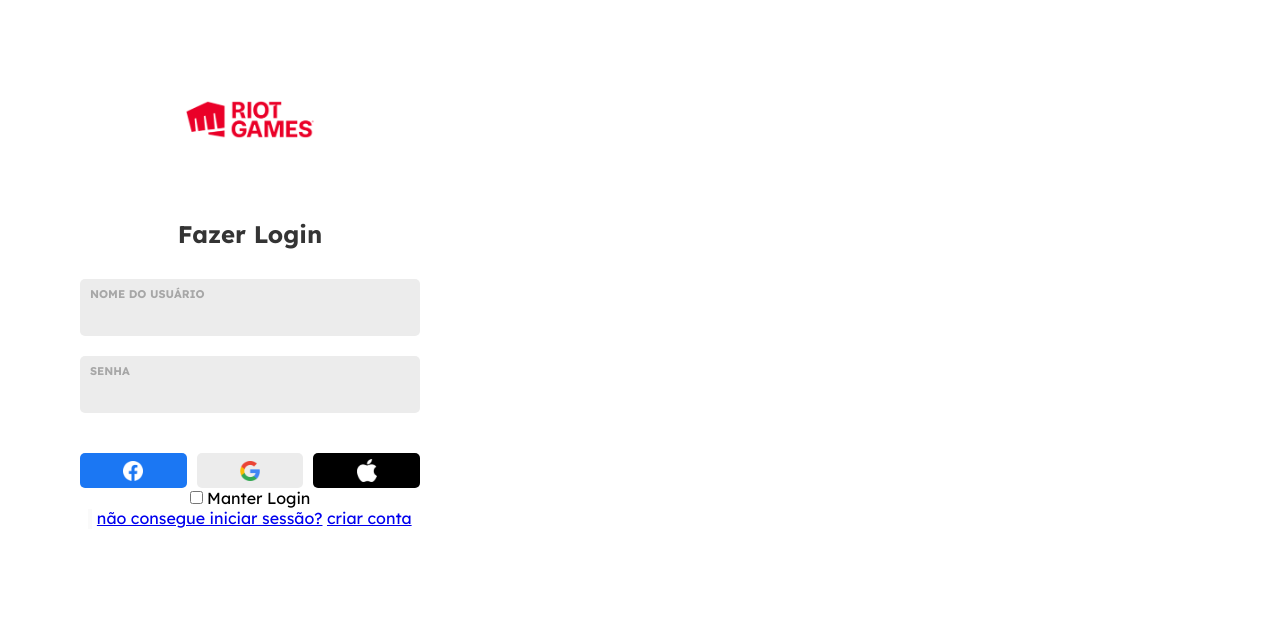
Repository: guilhermecardoso93/lolpage
Page: index.html
The author's editor kept a copy of each file at every save. The page is drawn from the files as they stood at one save, then again after the next save.
The browser window is 1280 px wide. The pictures show the whole page.

Above is the page before, as saved 2022-06-11 21:25:17.

### index.html
<!DOCTYPE html>
<html lang="pt-BR">
  <head>
    <meta charset="UTF-8" />
    <meta http-equiv="X-UA-Compatible" content="IE=edge" />
    <link rel="shortcut icon" href="favicon.ico" type="image/x-icon" />
    <meta name="viewport" content="width=device-width, initial-scale=1.0" />
    <link rel="stylesheet" href="./style.css" />
    <title>League of Legends - Login</title>
  </head>
  <body>
    <main>
      <section class="login">
        <img src="./assets/logo.png" alt="Logo Riot Games" class="login_logo" />
        <h1 class="login_title">Fazer Login</h1>
        <label for="" class="login_label">
          <span class="span-active">nome do usuário</span>
          <input type="text" name="username" class="input" />
        </label>
        <label for="" class="login_label">
          <span  class="span-active">senha</span>
          <input type="password" name="password" class="input" />
        </label>
        <div class="login_icons">
          <button type="button" class="icons_button">
            <img src="./assets/facebook-icon.png" alt="facebook" />
          </button>
          <button type="button" class="icons_button">
            <img src="./assets/google-icon.png" alt="google" />
          </button>
          <button type="button" class="icons_button">
            <img src="./assets/apple-icon.png" alt="apple" />
          </button>
        </div>
        <label for="" class="login_label--checkbox">
          <input type="checkbox" class="input--checkout" />
          Manter Login
        </label>
        <div class="wrapper">
          <button type="button" class="login__button" disabled>
            <svg xmlns="http://www.w3.org/2000/svg" viewBox="0 0 448 512">
              <path
                d="M438.6 278.6l-160 160C272.4 444.9 264.2 448 256 448s-16.38-3.125-22.62-9.375c-12.5-12.5-12.5-32.75 0-45.25L338.8 288H32C14.33 288 .0016 273.7 .0016 256S14.33 224 32 224h306.8l-105.4-105.4c-12.5-12.5-12.5-32.75 0-45.25s32.75-12.5 45.25 0l160 160C451.1 245.9 451.1 266.1 438.6 278.6z"
              />
            </svg>
          </button>

          <a href="#" class="login__link">não consegue iniciar sessão?</a>
          <a href="#" class="login__link">criar conta</a>
        </div>
      </section>
      <section class="wallpaper"></section>
    </main>
  </body>
  <script src="./script.js"></script>
</html>

### style.css
@import url("https://fonts.googleapis.com/css2?family=Lexend+Deca:wght@300;400;500;600;700&display=swap");

* {
  margin: 0;
  padding: 0;
  box-sizing: border-box;
  font-family: "Lexend Deca", sans-serif;
}

:root {
  --white: #fff;
  --whitesmoke: #f9f9f9;
  --light-grey: #ececec;
  --grey: #c4c4c4;
  --medium-grey: #a7a7a7;
  --deep-grey: #343434;
  --black: #000000;
  --blue: #1b77f3;
  --red: #cf3c3f;
}

.login {
  display: flex;
  flex-direction: column;
  align-items: center;
  padding: clamp(35px, 8%, 80px);
  width: 100%;
  max-width: 500px;
  min-height: 100vh;
}

.login_logo {
  width: 130px;
  margin-bottom: 80px;
  margin-top: 20px;
}

.login_title {
  color: var(--deep-grey);
  font-size: 1.5rem;
  margin-bottom: 30px;
}

.login_label {
  display: block;
  margin-bottom: 20px;
  width: 100%;
}

.input {
  width: 100%;
  background-color: var(--light-grey);
  border: 2px solid rgba(0, 0, 0, 0);
  border-radius: 5px;
  outline: none;
  font-size: 0.9rem;
  padding: 25px 10px 10px;
  font-weight: 600;
  color: var(--deep-grey);
}

.login_label span {
  position: absolute;
  font-size: 0.8rem;
  font-weight: 700;
  text-transform: uppercase;
  color: var(--medium-grey);
  margin: 20px;
  cursor: text;
  transition: all 200 ease;
}

.input:focus {
  background-color: var(--whitesmoke);
  border: 2px solid var(--deep-grey);
}

.login_label .span-active {
  font-size: 0.7rem;
  margin: 8px 10px;
}

.login_icons {
  display: flex;
  gap: 10px;
  width: 100%;
  margin-top: 20px;
}

.login_icons img {
  width: 20px;
}

.icons_button {
  width: 33%;
  display: flex;
  align-items: center;
  justify-content: center;
  height: 35px;
  border-radius: 5px;
  cursor: pointer;
  border: none;
}

.login_icons .icons_button:nth-child(1) {
  background-color: var(--blue);
}

.login_icons .icons_button:nth-child(2) {
  background-color: var(--light-grey);
}

.login_icons .icons_button:nth-child(3) {
  background-color: var(--black);
}

### script.js
const inputActive = document.querySelectorAll(".input");

const handleFocus = ({ target }) => {
  const span = target.previousElementSibling;
  span.classList.add("span-active");
};

const handleFocusout = ({ target }) => {
  if (target.value == "") {
    const span = target.previousElementSibling;
    span.classList.remove("span-active");
  }
};

inputActive.forEach((input) => input.addEventListener("focus", handleFocus));
inputActive.forEach((input) =>
  input.addEventListener("focusout", handleFocusout)
);

After the next save:
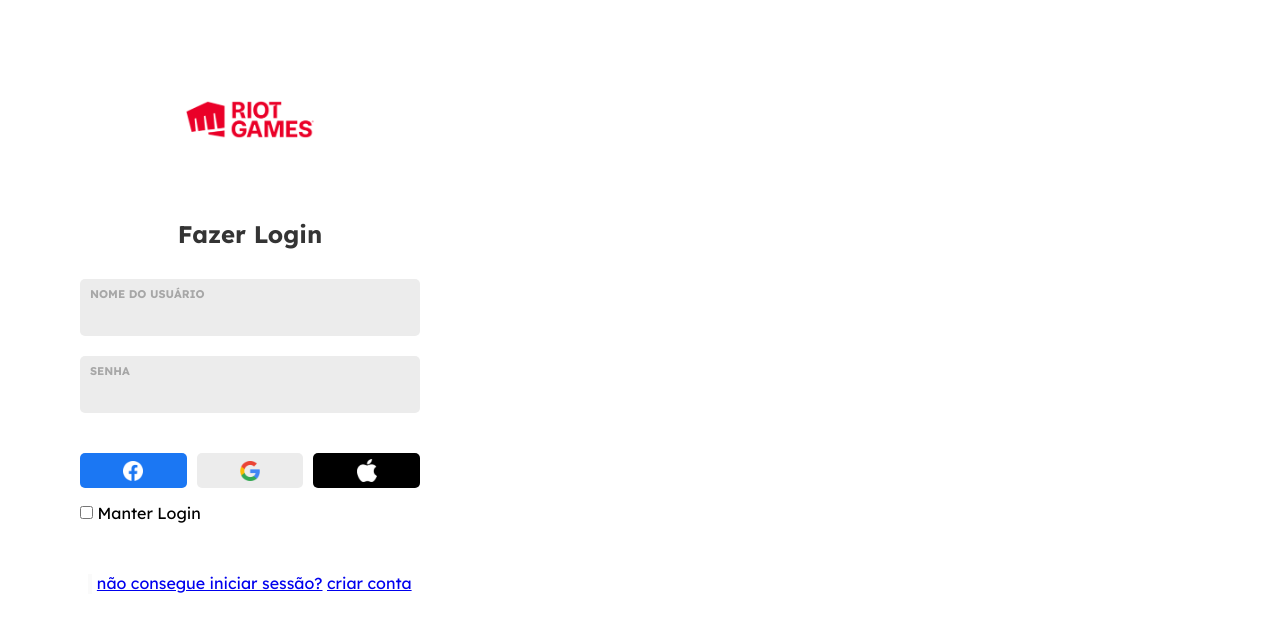
Saved 29 s later.
--- a/style.css
+++ b/style.css
@@ -113,3 +113,8 @@
 .login_icons .icons_button:nth-child(3) {
   background-color: var(--black);
 }
+
+.login_label--checkbox {
+  width: 100%;
+  margin:15px 0px 50px
+}
